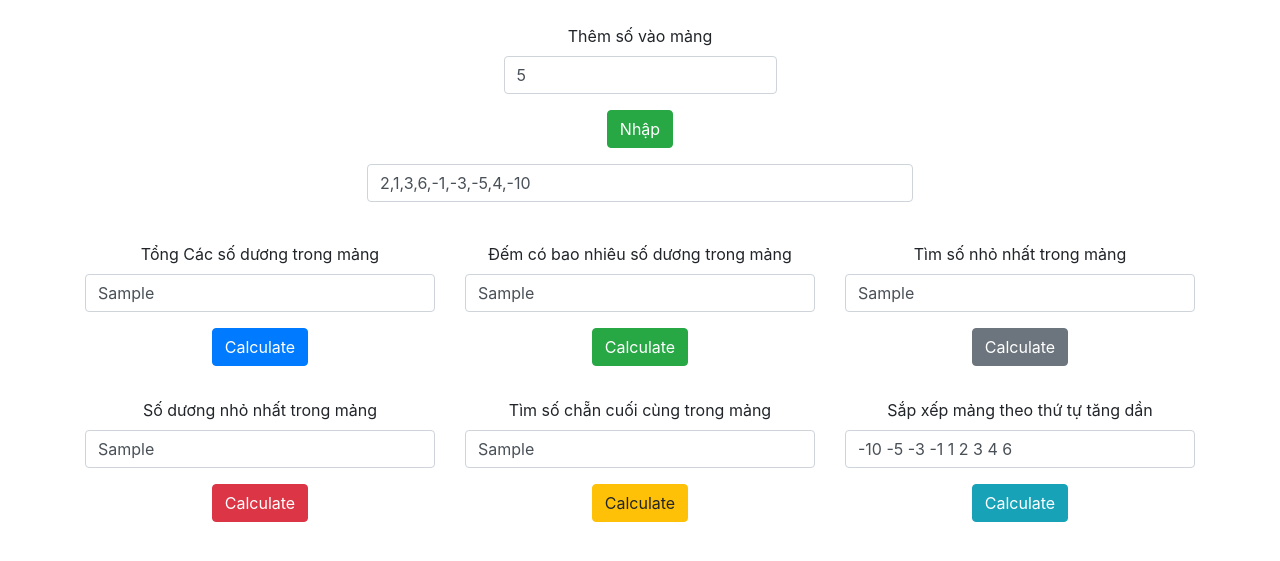
Repository: baobaodeveloper/bootcamp21__array__HuynhAnhBao
Page: index.html
The author's editor kept a copy of each file at every save. The page is drawn from the files as they stood at one save, then again after the next save.
The browser window is 1280 px wide. The pictures show the whole page.
Empty fields were first filled with sample values (such as "Sample", 5 or name@example.com).
After loading, the first visible `#increase` was clicked once.

Above is the page before, as saved 2022-03-20 17:39:58.

### index.html
<!DOCTYPE html>
<html lang="en">
  <head>
    <title>JavaScript Array</title>
    <!-- Required meta tags -->
    <meta charset="utf-8" />
    <meta
      name="viewport"
      content="width=device-width, initial-scale=1, shrink-to-fit=no"
    />

    <!-- Bootstrap CSS -->
    <link
      rel="stylesheet"
      href="https://stackpath.bootstrapcdn.com/bootstrap/4.3.1/css/bootstrap.min.css"
      integrity="sha384-ggOyR0iXCbMQv3Xipma34MD+dH/1fQ784/j6cY/iJTQUOhcWr7x9JvoRxT2MZw1T"
      crossorigin="anonymous"
    />
  </head>
  <body>
    <div class="container d-flex justify-content-center align-items-center p-4">
      <div
        class="mb-3 text-center w-50 d-flex flex-column justify-content-center align-items-center"
      >
        <label class="form-label">Thêm số vào mảng</label>
        <input
          type="number"
          class="form-control w-50"
          id="number"
          placeholder="Thêm số vào mảng"
          value=""
        />
        <button type="button" class="btn btn-success m-3" id="input">
          Nhập
        </button>
        <input
          type="text"
          class="form-control d-block w-100"
          id="array-current"
          placeholder="Mảng hiện tại"
        />
      </div>
    </div>

    <div class="container">
      <div class="row">
        <div class="col text-center">
          <label class="form-label">Tổng Các số dương trong mảng</label>
          <input
            type="text"
            class="form-control"
            placeholder="result"
            id="result1"
          />
          <button
            type="button"
            class="btn btn-primary m-3"
            id="calculate-total-positive"
          >
            Calculate
          </button>
        </div>
        <div class="col text-center">
          <label class="form-label">Đếm có bao nhiêu số dương trong mảng</label>
          <input
            type="text"
            class="form-control"
            placeholder="result"
            id="result2"
          />
          <button
            type="button"
            class="btn btn-success m-3"
            id="total-number-position"
          >
            Calculate
          </button>
        </div>
        <div class="col text-center">
          <label class="form-label">Tìm số nhỏ nhất trong mảng</label>
          <input
            type="text"
            class="form-control"
            placeholder="result"
            id="result3"
          />
          <button type="button" class="btn btn-secondary m-3" id="min-number">
            Calculate
          </button>
        </div>
      </div>
    </div>

    <div class="container pt-3">
      <div class="row">
        <div class="col text-center">
          <label class="form-label">Số dương nhỏ nhất trong mảng</label>
          <input
            type="text"
            class="form-control"
            placeholder="result"
            id="result4"
          />
          <button type="button" class="btn btn-danger m-3" id="min-positive">
            Calculate
          </button>
        </div>
        <div class="col text-center">
          <label class="form-label">Tìm số chẵn cuối cùng trong mảng</label>
          <input
            type="text"
            class="form-control"
            placeholder="result"
            id="result5"
          />
          <button type="button" class="btn btn-warning m-3" id="even-end">
            Calculate
          </button>
        </div>
        <div class="col text-center">
          <label class="form-label">Sắp xếp mảng theo thứ tự tăng dần</label>
          <input
            type="text"
            class="form-control"
            placeholder="result"
            id="result7"
          />
          <button type="button" class="btn btn-info m-3" id="increase">
            Calculate
          </button>
        </div>
      </div>
    </div>
    <!-- Optional JavaScript -->
    <!-- jQuery first, then Popper.js, then Bootstrap JS -->
    <script
      src="https://code.jquery.com/jquery-3.3.1.slim.min.js"
      integrity="sha384-q8i/X+965DzO0rT7abK41JStQIAqVgRVzpbzo5smXKp4YfRvH+8abtTE1Pi6jizo"
      crossorigin="anonymous"
    ></script>
    <script
      src="https://cdnjs.cloudflare.com/ajax/libs/popper.js/1.14.7/umd/popper.min.js"
      integrity="sha384-UO2eT0CpHqdSJQ6hJty5KVphtPhzWj9WO1clHTMGa3JDZwrnQq4sF86dIHNDz0W1"
      crossorigin="anonymous"
    ></script>
    <script
      src="https://stackpath.bootstrapcdn.com/bootstrap/4.3.1/js/bootstrap.min.js"
      integrity="sha384-JjSmVgyd0p3pXB1rRibZUAYoIIy6OrQ6VrjIEaFf/nJGzIxFDsf4x0xIM+B07jRM"
      crossorigin="anonymous"
    ></script>
    <script src="app.js"></script>
  </body>
</html>

### app.js
// const number = document.getElementById("number");
// let arr = [];
// document.getElementById("input").addEventListener("click", () => {
//   const numberValue = number.value;
//   if (!numberValue) return;

//   arr.push(+numberValue);
//   number.value = "";
//   console.log(arr);
//   document.getElementById("array-current").value = arr.join("  ");
// });
let arr = [2, 1, 3, 6, -1, -3, -5, 4, -10];
document.getElementById("array-current").value = arr;
// 1. Tổng các số dương trong mảng.
document
  .getElementById("calculate-total-positive")
  .addEventListener("click", () => {
    const totalArrPositive = arr
      .filter((cur) => cur > 0)
      .reduce((cur, acc) => cur + acc, 0);
    document.getElementById("result1").value = totalArrPositive;
  });

// 2. Đếm có bao nhiêu số dương trong mảng.
document
  .getElementById("total-number-position")
  .addEventListener("click", () => {
    const totalArrPositive = arr.filter((cur) => cur > 0).length;
    document.getElementById("result2").value = totalArrPositive;
  });

//3. Tìm số nhỏ nhất trong mảng.
document.getElementById("min-number").addEventListener("click", () => {
  let minNumber = arr[0];
  arr.forEach((num) => {
    if (num < minNumber) minNumber = num;
  });
  document.getElementById("result3").value = minNumber;
});

// 4. Tìm số dương nhỏ nhất trong mảng.
document.getElementById("min-positive").addEventListener("click", () => {
  const positive = arr.filter((cur) => cur > 0).sort((a, b) => a - b);

  document.getElementById("result4").value = positive[0];
});

// 5. Tìm số chẵn cuối cùng trong mảng. Nếu mảng không có giá trị chẵn thì trả về -1.
document.getElementById("even-end").addEventListener("click", () => {
  const numEven = arr.filter((cur) => cur % 2 === 0);

  document.getElementById("result5").value = numEven[numEven.length - 1];
});

// 7. Sắp xếp mảng theo thứ tự tăng dần.
document.getElementById("increase").addEventListener("click", () => {
  const increaArr = arr.sort((a, b) => a - b);
  document.getElementById("result7").value = increaArr.join(" ");
});

After the next save:
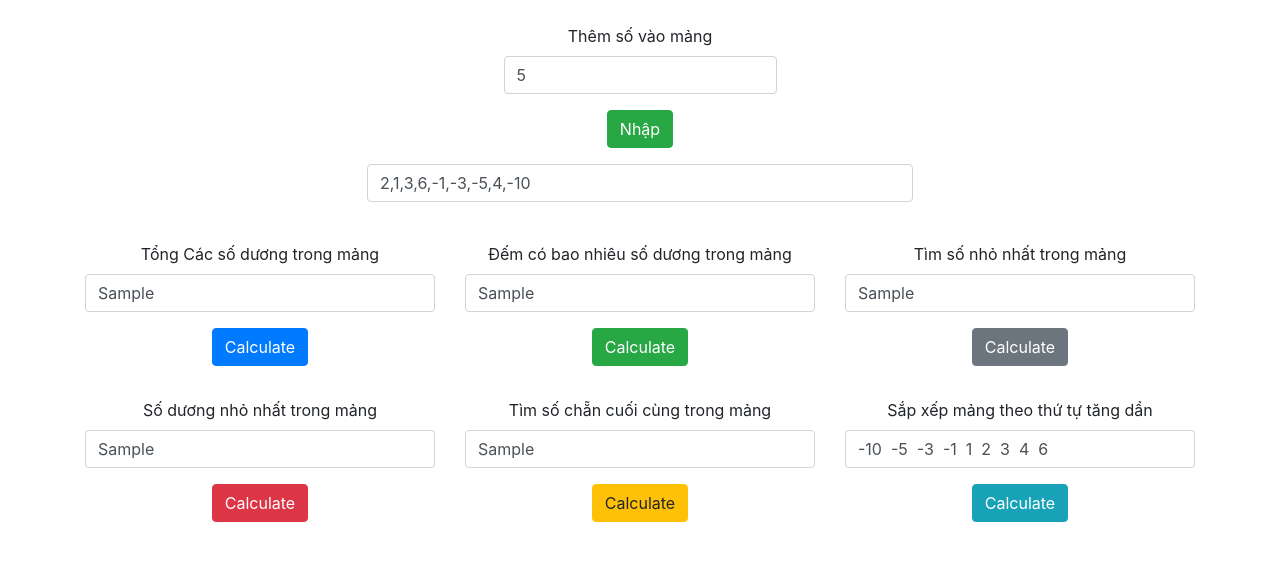
Saved 8 s later.
--- a/app.js
+++ b/app.js
@@ -55,5 +55,5 @@ document.getElementById("even-end").addEventListener("click", () => {
 // 7. Sắp xếp mảng theo thứ tự tăng dần.
 document.getElementById("increase").addEventListener("click", () => {
   const increaArr = arr.sort((a, b) => a - b);
-  document.getElementById("result7").value = increaArr.join(" ");
+  document.getElementById("result7").value = increaArr.join("  ");
 });
